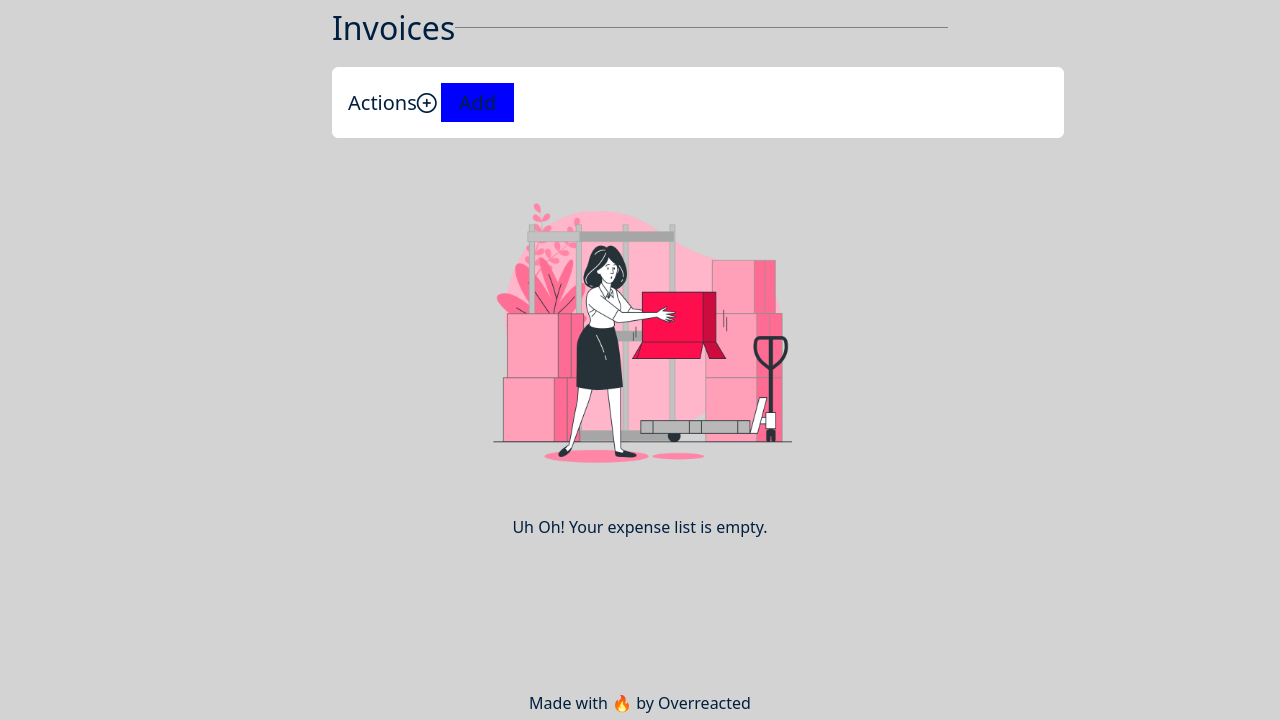
Repository: om1ars/task3
Page: /
An editor plug-in stored every save of this project. The page is shown before and after the next save, followed by the edit.
The browser window is 1280 px wide. The pictures show the whole page.
Some web libraries are served in a nearby version. The project was rebuilt for these pictures with package versions that can differ from the ones it lists, and the page was loaded fresh each time. Also part of the build but not shown: src/constants/add-expense.js, src/components/add-form/add-form.css, src/components/add-form/success-modal.css, src/components/add-form/success-modal.js, src/components/add-form/index.js, src/pages/add-expense/add-expense.css, src/pages/add-expense/index.js, src/components/expense-list/card.css and 1 more.

Above is the page before, as saved 2021-12-18 14:46:25.

### public/index.html
<!DOCTYPE html>
<html lang="en">
  <head>
    <meta charset="utf-8" />
    <link rel="icon" href="%PUBLIC_URL%/favicon.ico" />
    <meta name="viewport" content="width=device-width, initial-scale=1" />
    <meta name="theme-color" content="#000000" />
    <meta name="description" content="SPA to track all your expenses" />
    <link rel="apple-touch-icon" href="%PUBLIC_URL%/logo192.png" />
    <!--
      manifest.json provides metadata used when your web app is installed on a
      user's mobile device or desktop. See https://developers.google.com/web/fundamentals/web-app-manifest/
    -->
    <link rel="manifest" href="%PUBLIC_URL%/manifest.json" />
    <link rel="preconnect" href="https://fonts.googleapis.com" />
    <link rel="preconnect" href="https://fonts.gstatic.com" crossorigin />
    <link
      href="https://fonts.googleapis.com/css2?family=Noto+Sans&display=swap"
      rel="stylesheet"
    />
    <link
      rel="stylesheet"
      href="https://cdn-uicons.flaticon.com/uicons-regular-rounded/css/uicons-regular-rounded.css"
    />
    <link
      rel="stylesheet"
      href="https://cdn.jsdelivr.net/gh/devicons/devicon@v2.12.0/devicon.min.css"
    />
    <title>Xpensr</title>
  </head>
  <body>
    <noscript>You need to enable JavaScript to run this app.</noscript>
    <div id="root"></div>
    <!--
      This HTML file is a template.
      If you open it directly in the browser, you will see an empty page.

      You can add webfonts, meta tags, or analytics to this file.
      The build step will place the bundled scripts into the <body> tag.

      To begin the development, run `npm start` or `yarn start`.
      To create a production bundle, use `npm run build` or `yarn build`.
    -->
  </body>
</html>

### src/index.js
import React from "react";
import ReactDOM from "react-dom";
import "./index.css";
import App from "./App";
import reportWebVitals from "./reportWebVitals";
import { Provider } from "react-redux";
import store from "./redux/store/index";

ReactDOM.render(
  <Provider store={store}>
    <App />
  </Provider>,
  document.getElementById("root")
);

// If you want to start measuring performance in your app, pass a function
// to log results (for example: reportWebVitals(console.log))
// or send to an analytics endpoint. Learn more: https://bit.ly/CRA-vitals
reportWebVitals();

### src/index.css
body {
  margin: 0;
  font-family: "Noto Sans", sans-serif;
  -webkit-font-smoothing: antialiased;
  -moz-osx-font-smoothing: grayscale;
  background-color: lightgray;
  color: #001f3f;
}
a {
  text-decoration: none;
  color: #001f3f;
}
.button {
  /* background: #71ccca; */
  box-shadow: 20px 20px 60px #60adac, -20px -20px 60px #82ebe8;
}
code {
  font-family: source-code-pro, Menlo, Monaco, Consolas, "Courier New",
    monospace;
}

### src/App.js
import React from "react";
import { BrowserRouter as Router, Route, Switch } from "react-router-dom";
import Footer from "./components/footer";
import Header from "./components/header";
import AddExpense from "./pages/add-expense";
import Home from "./pages/home/index";

const App = () => {
  return (
    <Router>
      <Header />
      <Switch>
        <Route path="/" exact component={Home} />
        <Route path="/add-expense" component={AddExpense} />
      </Switch>
      <Footer />
    </Router>
  );
};

export default App;

### src/redux/store/index.js
import { combineReducers, createStore } from "redux";
import { expenseReducer } from "../reducers/expenses";
const reducer = combineReducers({
  expenses: expenseReducer,
});
const initialState = {};
const store = createStore(reducer, initialState);

export default store;

### src/components/footer/index.js
import React from "react";
import "./footer.css";
const Footer = () => {
  return <footer>Made with 🔥 by Overreacted</footer>;
};

export default Footer;

### src/components/header/index.js
import React from "react";
import "./header.css";
const Header = () => {
  return (
    <div className="header-container">
      <div className="header" style={{ display: "flex", alignItems: "center" }}>
        <div className="header-logo">
          Invoices
        </div>
        <div
          style={{ height: "1px", width: "100%", backgroundColor: "gray" }}
        ></div>
      </div>
    </div>
  );
};

export default Header;

### src/pages/home/index.js
import React from "react";
import ExpenseList from "../../components/expense-list";
import Footer from "../../components/footer";
import Header from "../../components/header";
import TopFold from "../../components/top-fold";
import "./home.css";
const Home = () => {
  return (
    <div className="home">
      <TopFold />
      <ExpenseList />
    </div>
  );
};

export default Home;

### src/redux/reducers/expenses.js
import {
  ADD_EXPENSE,
  DELETE_EXPENSE,
  SEARCH_EXPENSE,
} from "../action-types/expenses";

const initialList = () => {
  const list = localStorage.getItem("expense-list");
  let expenses = [];
  if (list) {
    expenses = JSON.parse(list);
  }
  return expenses;
};
const initialState = {
  expenseList: initialList(),
  query: "",
};

export const expenseReducer = (state = initialState, action) => {
  switch (action.type) {
    case ADD_EXPENSE: {
      localStorage.setItem(
        "expense-list",
        JSON.stringify([...state.expenseList, action.data])
      );
      return {
        ...state,
        expenseList: [...state.expenseList, action.data],
        query: "",
      };
    }
    case DELETE_EXPENSE: {
      const { data } = action;
      const updatedList = state.expenseList.filter(
        (item) => item.createdAt !== data.createdAt
      );
      localStorage.setItem("expense-list", JSON.stringify(updatedList));
      return {
        ...state,
        expenseList: updatedList,
      };
    }
    case SEARCH_EXPENSE: {
      const { query } = action;
      return {
        ...state,
        query,
      };
    }
    default:
      return {
        ...state,
      };
  }
};

### src/components/footer/footer.css
footer {
  width: 100%;
  position: fixed;
  bottom: 0;
  display: flex;
  justify-content: center;
  align-items: center;
  padding-bottom: 6px;
}

### src/components/header/header.css
.header-container {
  width: 50%;
  margin: auto;
}
.header {
  display: flex;
  justify-content: space-between;
  align-items: center;
  flex: 1;
  margin: 6px 12px;
}
.header-logo {
  display: flex;
  align-items: center;
  font-size: 32px;
  font-weight: 500;
}
.header-logo i {
  display: flex;
  align-items: center;
  margin-left: 6px;
}

.header-button {
  font-size: 20px;
  display: flex;
  justify-content: center;
  align-items: center;
  border: 1px solid black;
  border-radius: 6px;
  padding: 0px 8px;
}
.header-button i {
  margin-right: 4px;
}

@media only screen and (max-width: 1024px) {
  .header-container {
    width: 90%;
  }
  .header-logo {
    font-size: 28px;
  }
  .header-button {
    font-size: 18px;
  }
}

@media only screen and (max-width: 512px) {
  .header-container {
    width: 100%;
  }
  .header-logo {
    font-size: 24px;
  }
  .header-button {
    font-size: 16px;
  }
}

### src/components/top-fold/index.js
import React, { useEffect, useState } from "react";
import { Link, useLocation } from "react-router-dom";
import "./top-fold.css";
import { useDispatch } from "react-redux";
import { searchExpense } from "../../redux/actions/expenses";
const TopFold = () => {
  const [query, setQuery] = useState("");
  const dispatch = useDispatch();
  const handleQuery = (e) => {
    setQuery(e.target.value);
    dispatch(searchExpense(e.target.value));
  };
  return (
    <div className="topfold">
      {window.location.pathname === "/" ? (
        <div className="home-topfold">
          {/* <div className="searchbar">
            <i class="fi-rr-search"></i>
            <input
              placeholder="Search for expenses"
              value={query}
              onChange={(e) => handleQuery(e)}
            />
          </div> */}
          <Link to="/add-expense">
            <div
              className="add-button"
              style={{ width: "700px", backgroundColor: "white", padding: 15 }}
            >
              Actions
              <i class="fi-rr-add"></i>
              <label style={{ padding: "6px 18px", backgroundColor: 'blue' }}>Add</label>
            </div>
          </Link>
        </div>
      ) : (
        <div className="add-topfold">
          <Link to="/">
            <div className="add-topfold-button">
              <i class="fi-rr-angle-left"></i>
              <label>Back</label>
            </div>
          </Link>
          <Link to="/">
            <div className="add-topfold-button">
              <i class="fi-rr-cross-circle"></i>
              <label>Cancel</label>
            </div>
          </Link>
        </div>
      )}
    </div>
  );
};

export default TopFold;

### src/components/expense-list/index.js
import React, { useEffect, useState } from "react";
import { useSelector } from "react-redux";
import { toast, ToastContainer } from "react-toastify";
import Card from "./card";
import "./expense-list.css";
const ExpenseList = () => {
  const { expenseList: list, query } = useSelector((state) => state.expenses);
  const filteredList = list.filter((item) => item.title.includes(query));

  const notifySuccess = () => toast.success("Expense Deleted!");
  return (
    <div className="expense-list">
      <ToastContainer
        position="bottom-left"
        autoClose={1500}
        hideProgressBar={false}
        newestOnTop={false}
        closeOnClick
      />
      {filteredList.length ? (
        filteredList.map((item) => (
          <Card item={item} notifySuccess={notifySuccess} />
        ))
      ) : (
        <div className="empty-state">
          <img
            src={require("../../assets/images/empty.png").default}
            alt="No Expenses"
            className="empty-image"
          />
          <label>Uh Oh! Your expense list is empty.</label>
        </div>
      )}
    </div>
  );
};

export default ExpenseList;

### src/pages/home/home.css
.home {
  width: 50%;
  margin: auto;
}

@media only screen and (max-width: 1024px) {
  .home {
    width: 90%;
  }
}

@media only screen and (max-width: 512px) {
  .home {
    width: 100%;
  }
}

### src/redux/action-types/expenses.js
export const ADD_EXPENSE = "ADD_EXPENSE";

export const DELETE_EXPENSE = "DELETE_EXPENSE";

export const SEARCH_EXPENSE = "SEARCH_EXPENSE";

### src/redux/actions/expenses.js
import {
  ADD_EXPENSE,
  DELETE_EXPENSE,
  SEARCH_EXPENSE,
} from "../action-types/expenses";

export const addExpense = (data) => {
  return {
    type: ADD_EXPENSE,
    data,
  };
};

export const deleteExpense = (data) => {
  console.log(data, "Action");
  return {
    type: DELETE_EXPENSE,
    data,
  };
};

export const searchExpense = (query) => {
  console.log(query);
  return {
    type: SEARCH_EXPENSE,
    query,
  };
};

### src/components/top-fold/top-fold.css
.topfold {
  display: flex;
  justify-content: space-between;
  margin: 6px 12px;
  padding: 12px 0px;
  align-items: center;
}
.home-topfold {
  display: flex;
  justify-content: space-between;
  flex: 1;
}
.searchbar {
  display: flex;
  align-items: center;
  width: 50%;
  background-color: white;
  border-radius: 12px;
}
.searchbar input {
  width: 80%;
  outline: none;
  padding: 8px 0px;
  border: none;
  margin-left: 6px;
  background-color: white;
}

.searchbar i {
  display: flex;
  align-items: center;
  margin-left: 6px;
}

.add-button {
  display: flex;
  align-items: center;
  border-radius: 4px;
  border: 1px solid white;
  font-size: 20px;
  padding: 0px 8px;
  border-radius: 6px;
  cursor: pointer;
}

.add-button i {
  display: flex;
  align-items: center;
  margin-right: 4px;
}
.add-topfold {
  display: flex;
  justify-content: space-between;
  flex: 1;
}
.add-topfold-button {
  display: flex;
  align-items: center;
  font-size: 18px;
  cursor: pointer;
}
.add-topfold-button i {
  display: flex;
  align-items: center;
  margin-right: 4px;
}

@media only screen and (max-width: 1024px) {
  .add-button {
    font-size: 18px;
  }
  .searchbar {
    width: 70%;
  }
}

@media only screen and (max-width: 512px) {
  .add-button {
    font-size: 16px;
  }
}

### src/components/expense-list/expense-list.css
.expense-list {
  margin: 6px 12px;

  display: flex;
  flex-direction: column;
  flex: 1;
}
.empty-state {
  display: flex;
  justify-content: center;
  align-items: center;
  flex-direction: column;
}
.empty-image {
  height: 360px;
}

@media only screen and (max-width: 1024px) {
  .empty-image {
    height: 320px;
  }
}

@media only screen and (max-width: 512px) {
  .empty-image {
    height: 240px;
  }
}

Loaded but not shown: src/reportWebVitals.js (common file)

After the next save:
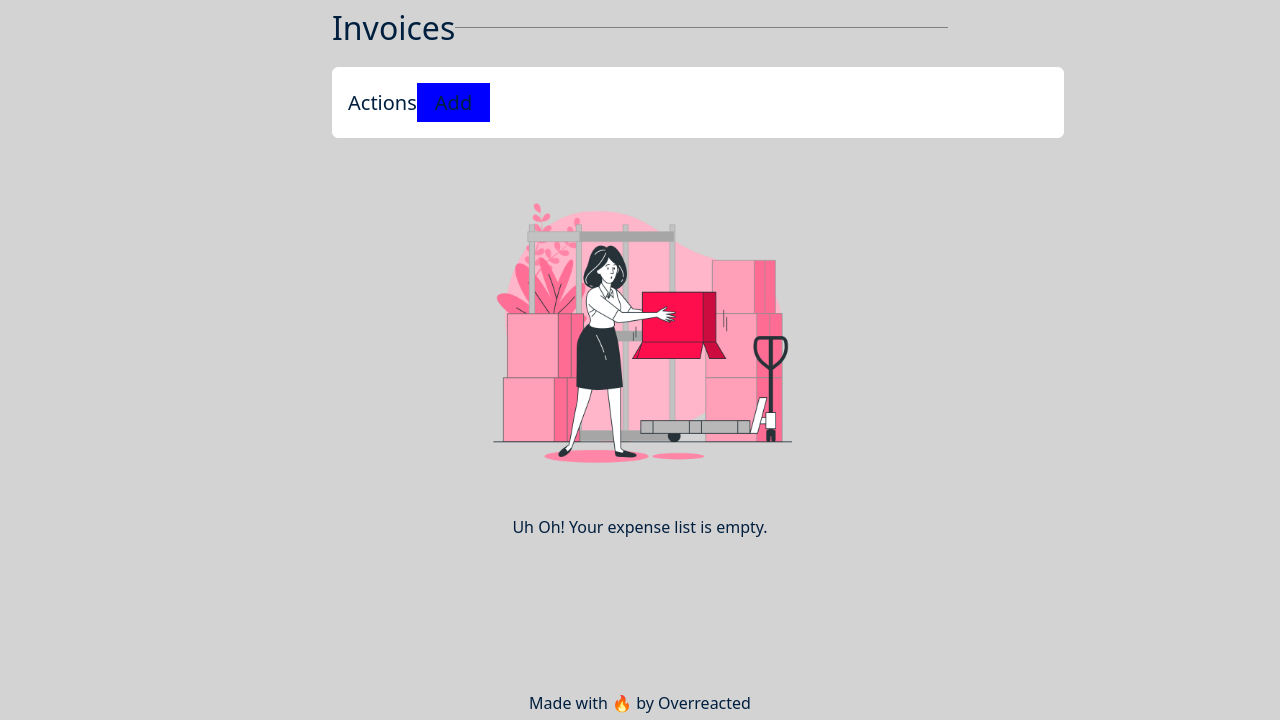
Saved 16 s later.
--- a/src/components/top-fold/index.js
+++ b/src/components/top-fold/index.js
@@ -28,7 +28,6 @@ const TopFold = () => {
               style={{ width: "700px", backgroundColor: "white", padding: 15 }}
             >
               Actions
-              <i class="fi-rr-add"></i>
               <label style={{ padding: "6px 18px", backgroundColor: 'blue' }}>Add</label>
             </div>
           </Link>
